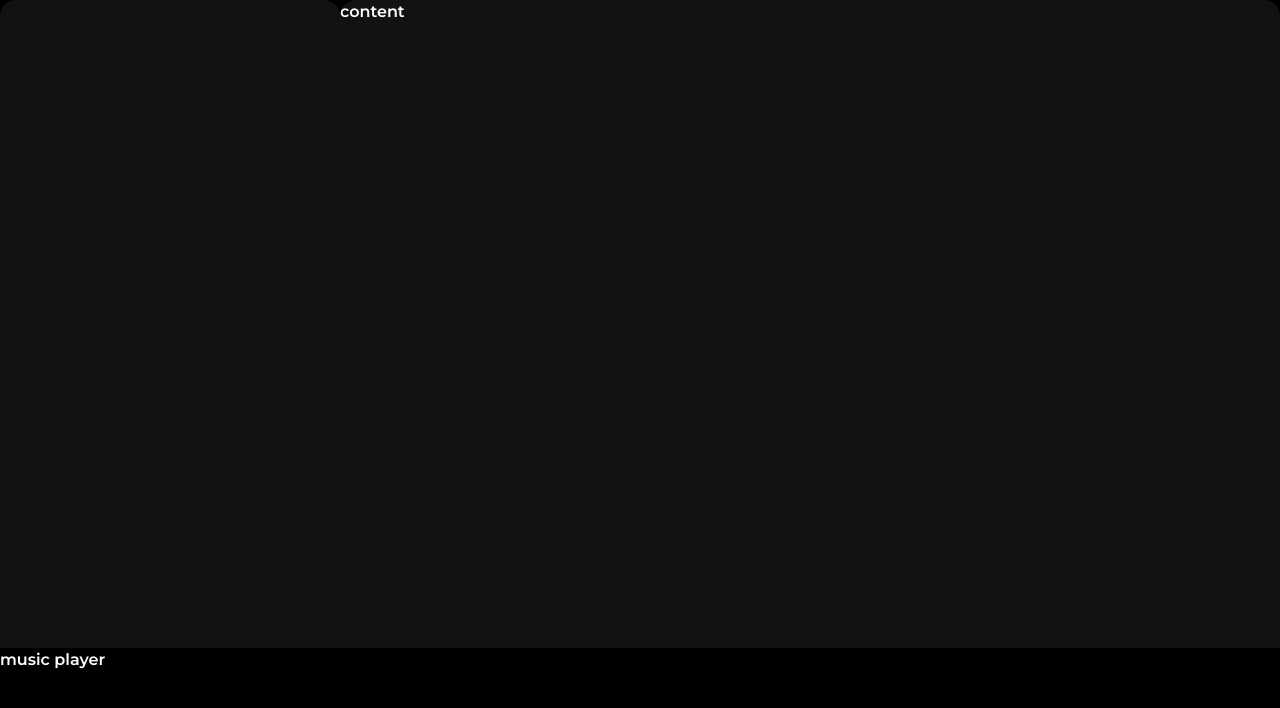
Repository: ketanBisht/spotifyFrontEnd
Page: index.html
These files come from the project's save history. The page is drawn as it stood at one moment and after the next save; the edit follows.
The browser window is 1280 px wide. The pictures show the whole page.
Some web fonts or font styles are not loaded; a fallback is used. Some web libraries are served in a nearby version.

Above is the page before, as saved 2025-08-17 20:47:04.

After the next save:
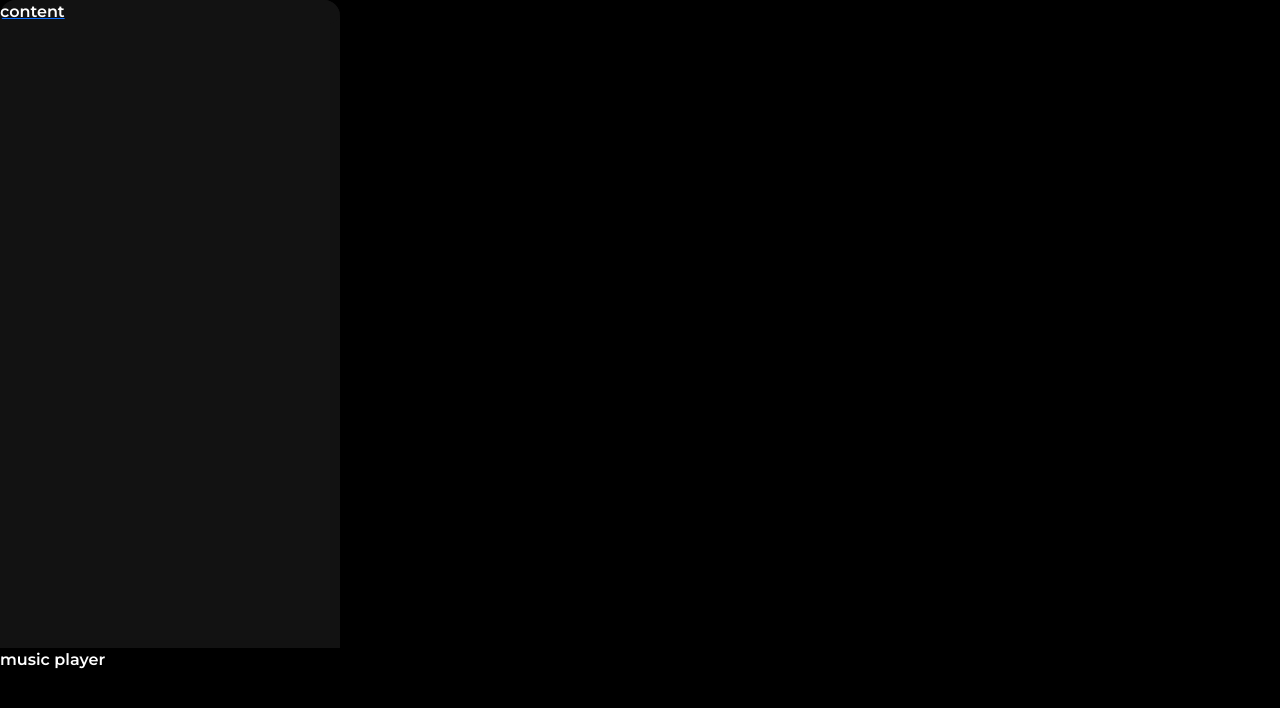
Saved 14 s later.
--- a/index.html
+++ b/index.html
@@ -18,7 +18,7 @@
         <div class="sideBar">
             <div class="nav">
                 <div class="navOption">
-
+                    <a href=""
                 </div>
             </div>
         </div>

After the 4 saves that followed:
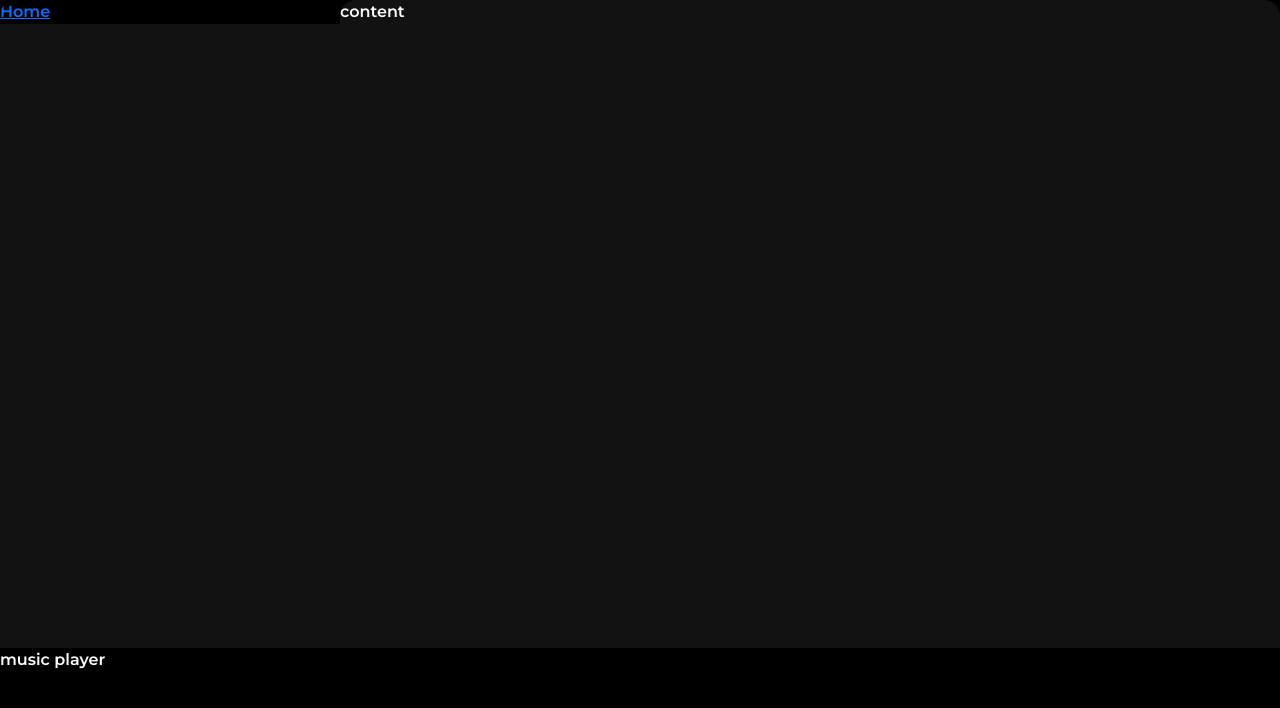
The 4 saves are shown as one change because they came seconds apart.
The last was saved 21 s later.
--- a/index.html
+++ b/index.html
@@ -18,8 +18,9 @@
         <div class="sideBar">
             <div class="nav">
                 <div class="navOption">
-                    <a href=""
+                    <a href="">Home</a>
                 </div>
+
             </div>
         </div>
         <div class="mainContent">content</div>
